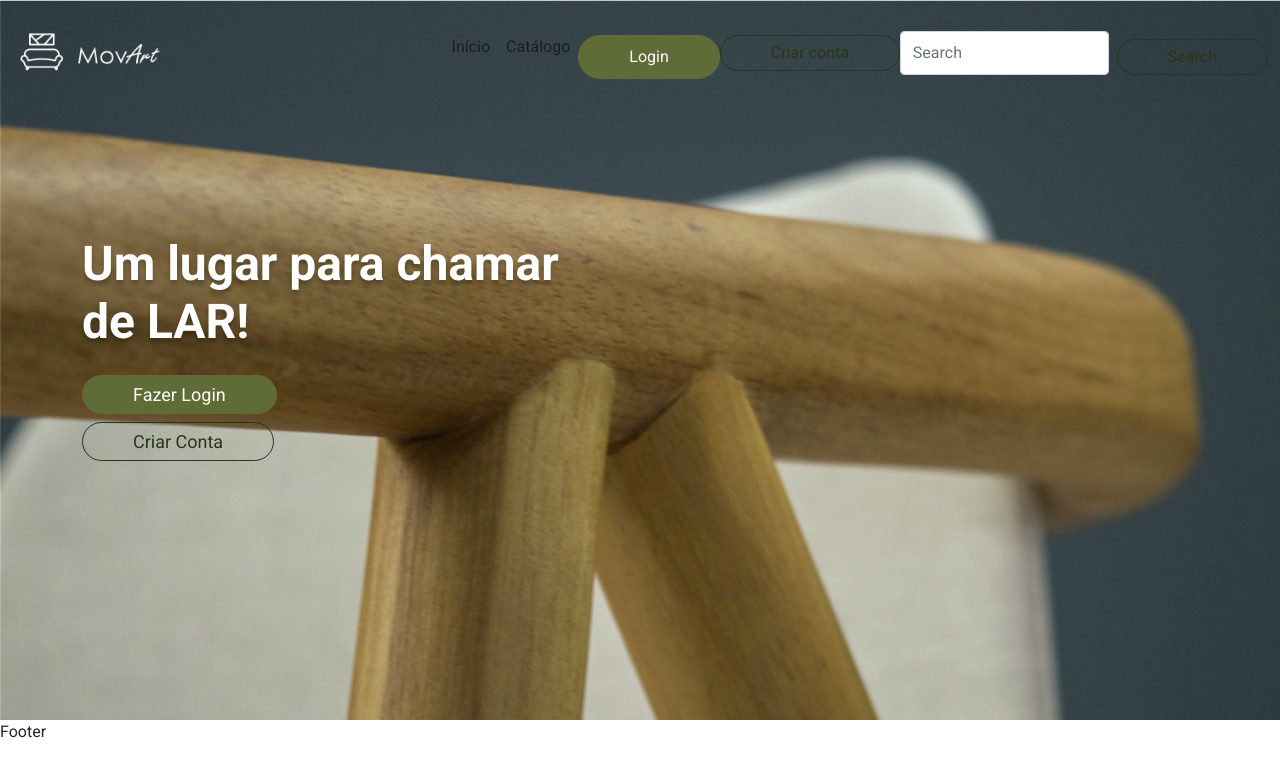
Repository: telesbp/Projeto-4-e-Projeto-5
Page: / (app in front-end/)
The author's editor kept a copy of each file at every save. The page is drawn from the files as they stood at one save, then again after the next save.
The browser window is 1280 px wide. The pictures show the whole page.
The project was rebuilt for these pictures with package versions that can differ from the ones it lists, and the page was loaded fresh each time.

Above is the page before, as saved 2022-07-17 18:02:10.

### front-end/public/index.html
<!DOCTYPE html>
<html lang="pt-BR">
  <head>
    <meta charset="utf-8" />
    <link rel="icon" href="%PUBLIC_URL%/favicon.ico" />
    <meta name="viewport" content="width=device-width, initial-scale=1" />
    <meta name="theme-color" content="#000000" />
    <meta
      name="description"
      content="Seu negócio automatizado!"
    />
    <link rel="apple-touch-icon" href="%PUBLIC_URL%/logo192.png" />
    <!--
      manifest.json provides metadata used when your web app is installed on a
      user's mobile device or desktop. See https://developers.google.com/web/fundamentals/web-app-manifest/
    -->
    <link rel="manifest" href="%PUBLIC_URL%/manifest.json" />
    <!--
      Notice the use of %PUBLIC_URL% in the tags above.
      It will be replaced with the URL of the `public` folder during the build.
      Only files inside the `public` folder can be referenced from the HTML.

      Unlike "/favicon.ico" or "favicon.ico", "%PUBLIC_URL%/favicon.ico" will
      work correctly both with client-side routing and a non-root public URL.
      Learn how to configure a non-root public URL by running `npm run build`.
    -->
    <title>Stagio</title>

    <link rel="preconnect" href="https://fonts.googleapis.com">
    <link rel="preconnect" href="https://fonts.gstatic.com" crossorigin>
    <link href="https://fonts.googleapis.com/css2?family=Roboto:wght@400;700&display=swap" rel="stylesheet">
  </head>
  <body>
    <noscript>You need to enable JavaScript to run this app.</noscript>
    <div id="root"></div>
    <!--
      This HTML file is a template.
      If you open it directly in the browser, you will see an empty page.

      You can add webfonts, meta tags, or analytics to this file.
      The build step will place the bundled scripts into the <body> tag.

      To begin the development, run `npm start` or `yarn start`.
      To create a production bundle, use `npm run build` or `yarn build`.
    -->
  </body>
</html>

### front-end/src/index.tsx
import React from 'react';
import ReactDOM from 'react-dom/client';
import App from './App';
import 'bootstrap/dist/css/bootstrap.min.css';
import { BrowserRouter } from 'react-router-dom';
import 'react-toastify/dist/ReactToastify.css';
import { ToastContainer } from 'react-toastify';
import { GlobalStyle } from './assets/css/global';

const root = ReactDOM.createRoot(
  document.getElementById('root') as HTMLElement
);
root.render(
  <React.StrictMode>
    <BrowserRouter>
    <GlobalStyle/>
      <App />
      <ToastContainer/>
    </BrowserRouter>
  </React.StrictMode>
);

### front-end/src/App.tsx
import { HomeView } from "./views/Home";

function App() {
  return (
    <HomeView/>
  );
}

export default App;

### front-end/src/assets/css/global.ts
import { createGlobalStyle } from "styled-components";

export const GlobalStyle = createGlobalStyle`
    body{
       font-family: 'Roboto', sans-serif;
    }
`

### front-end/src/views/Home/index.tsx
import { Container } from "react-bootstrap";
import styled from "styled-components";
import bgSite from "../../assets/img/cadeira1.png"
import { CustomButton } from "../../components/CustomButton";
import { Layout } from "../../components/Layout";

export function HomeView(){
    return(
        <Layout>
            <Banner className="vh-100">
                <Container className="h-100 d-flex flex-column justify-content-center align-items-center align-items-lg-start">
                    <Title className="text-center text-white text-lg-start mt-auto mt-lg-0 ">Um lugar para chamar de LAR!</Title>
                    <CustomButton size="lg" to="login" variant="primary" className="mt-auto mt-lg-3 mb-2">Fazer Login</CustomButton>
                    <CustomButton size="lg" to="cadastro" variant="outline-primary" className="mb-4">Criar Conta</CustomButton>
                </Container>
            </Banner>
        </Layout>
    )
}

const Banner = styled.div`
    background: url(${bgSite}) no-repeat center center;
    background-size: cover;
`
const Title = styled.h1`
    font-size: 2.25rem;
    font-weight: bold;
    text-shadow: 0 4px 4px rgba(0, 0, 0, 0.25);
    @media (min-width: 992px){
        font-size: 3rem;
        max-width: 500px;
    }
`

### front-end/src/components/CustomButton/index.tsx
import { Button, ButtonProps, Spinner } from "react-bootstrap";
import { LinkContainer } from "react-router-bootstrap";
import styled from "styled-components";

type Props = ButtonProps & {
    loading?: boolean
    to?: string
}

export function CustomButton({children, loading, to, ...otherProps}: Props) {
    const button = (
        <ButtonStyled {...otherProps}>
            {loading && (
                <Spinner animation="border" role="status" size="sm" className="me-2">
                    <span className="visually-hidden">Carregando...</span>
                </Spinner>
            )}
            {children}
        </ButtonStyled>
    )
    if (to){
        return(
            <LinkContainer to={to}>
                {button}
            </LinkContainer>
        )
    }
    return button
}
const ButtonStyled = styled(Button)`
    border-radius: 50px;
    font-weight: 500;
    padding:5px 50px 5px 50px;
    ${props => props.size ==='lg' && `
        font-size: 1.125rem;
    `}
    ${props => (props.variant === "primary" || !props.variant) && `
        background-color: #606c38;
        border-color: #606c38;
        color: #fafafa!important;
        &:hover {
            background-color: #283618;
            border-color: #283618;
        }
    `}
    ${props => (props.variant === "outline-primary" || !props.variant) && `
        border-color: #283618;
        color: #283618;
        &:hover {
            background-color: #283618;
            border-color: #283618;
            color: #fafafa;
        }
    `}
`

### front-end/src/components/Layout/index.tsx
import { Header } from "./Header"

type Props = {
    children: React.ReactNode
}
export const Layout: React.FC<Props> = ({children}) => {
    return (
        <>
            <Header/>
            {children}
            <p>Footer</p>
        </>
    )
}

### front-end/src/components/Layout/Header.tsx
import { faBarsStaggered } from "@fortawesome/free-solid-svg-icons";
import { FontAwesomeIcon } from "@fortawesome/react-fontawesome";
import { Container, Form, Nav, Navbar } from "react-bootstrap";
import { Link } from "react-router-dom";
import styled from "styled-components";
import LogoBrand from "../../assets/img/logobranca.png"
import { CustomButton } from "../CustomButton";
export function Header() {
    return(
        <Navbar fixed="top" expand="lg">
        <Container fluid>
          <Navbar.Brand to="/" as={Link}>
            <img src={LogoBrand} alt="MovArt" width={170} height={80}/>
          </Navbar.Brand>
          <NavBarToggleStyled aria-controls="basic-navbar-nav">
            <FontAwesomeIcon icon={faBarsStaggered}  className="text-white" size="lg" />
            </NavBarToggleStyled>
        <NavBarCollapseStyled id="basic-navbar-nav">
          <Nav className="ms-auto">
            <Nav.Link as={Link} to="/" className="justify-contend-center text-center">Início</Nav.Link>
            <Nav.Link as={Link} to="/catálogo" className="justify-contend-center text-center">Catálogo</Nav.Link>
            <CustomButton className="mt-2" variant="primary">Login</CustomButton>
            <CustomButton className="mt-2 mb-2" variant="outline-primary">Criar conta</CustomButton>
        </Nav>
            <Form className="d-flex">
              <Form.Control
                type="search"
                placeholder="Search"
                className="me-2"
                aria-label="Search"
              />
              <CustomButton variant="outline-primary" className="mt-2">Search</CustomButton>
            </Form>
          </NavBarCollapseStyled>
        </Container>
      </Navbar>
    )
}
const NavBarToggleStyled = styled(Navbar.Toggle)`
    border:none;
`

const NavBarCollapseStyled = styled(Navbar.Collapse)`
   @media (max-width: 991px) {
   background-color:#fafafa ;
    margin: 0 -12px;
    padding: 1rem 2rem;
}
`

After the next save:
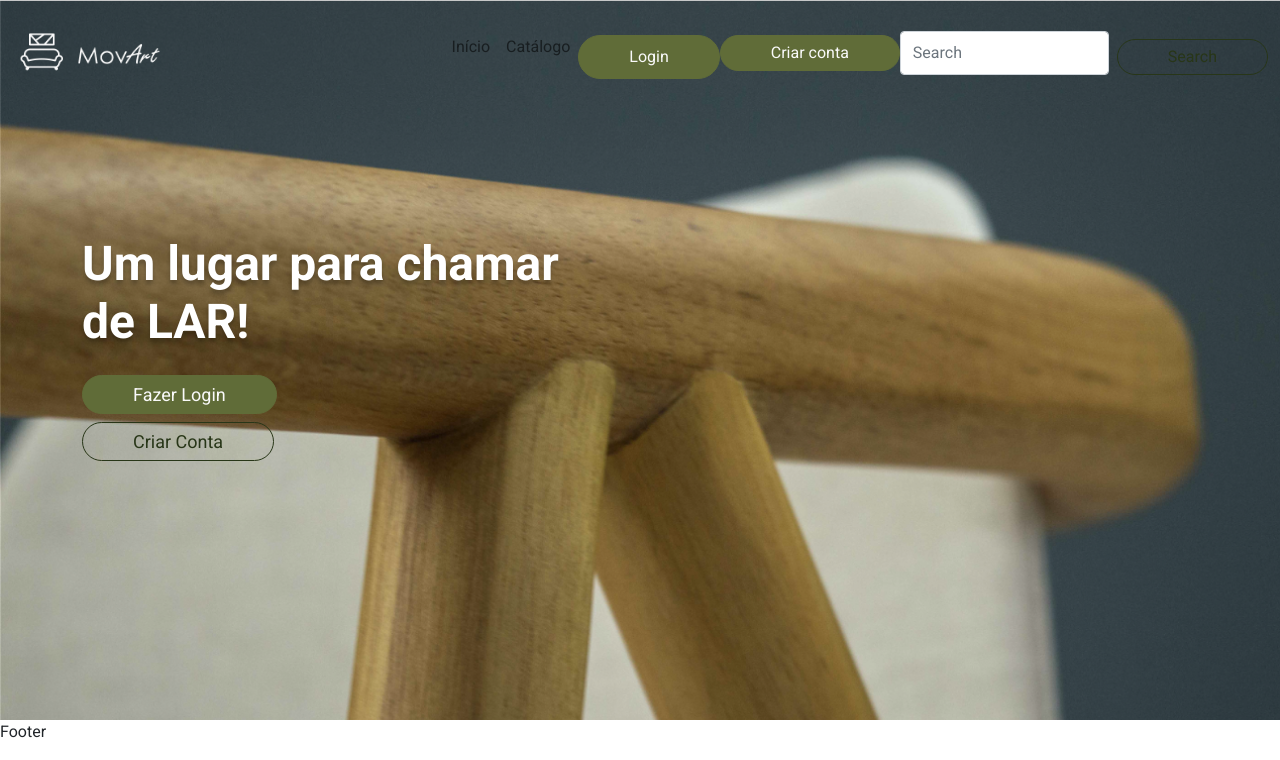
Saved 15 s later.
--- a/front-end/src/components/Layout/Header.tsx
+++ b/front-end/src/components/Layout/Header.tsx
@@ -20,7 +20,7 @@ export function Header() {
             <Nav.Link as={Link} to="/" className="justify-contend-center text-center">Início</Nav.Link>
             <Nav.Link as={Link} to="/catálogo" className="justify-contend-center text-center">Catálogo</Nav.Link>
             <CustomButton className="mt-2" variant="primary">Login</CustomButton>
-            <CustomButton className="mt-2 mb-2" variant="outline-primary">Criar conta</CustomButton>
+            <CustomButton className="mt-2 mb-2" variant="primary">Criar conta</CustomButton>
         </Nav>
             <Form className="d-flex">
               <Form.Control
